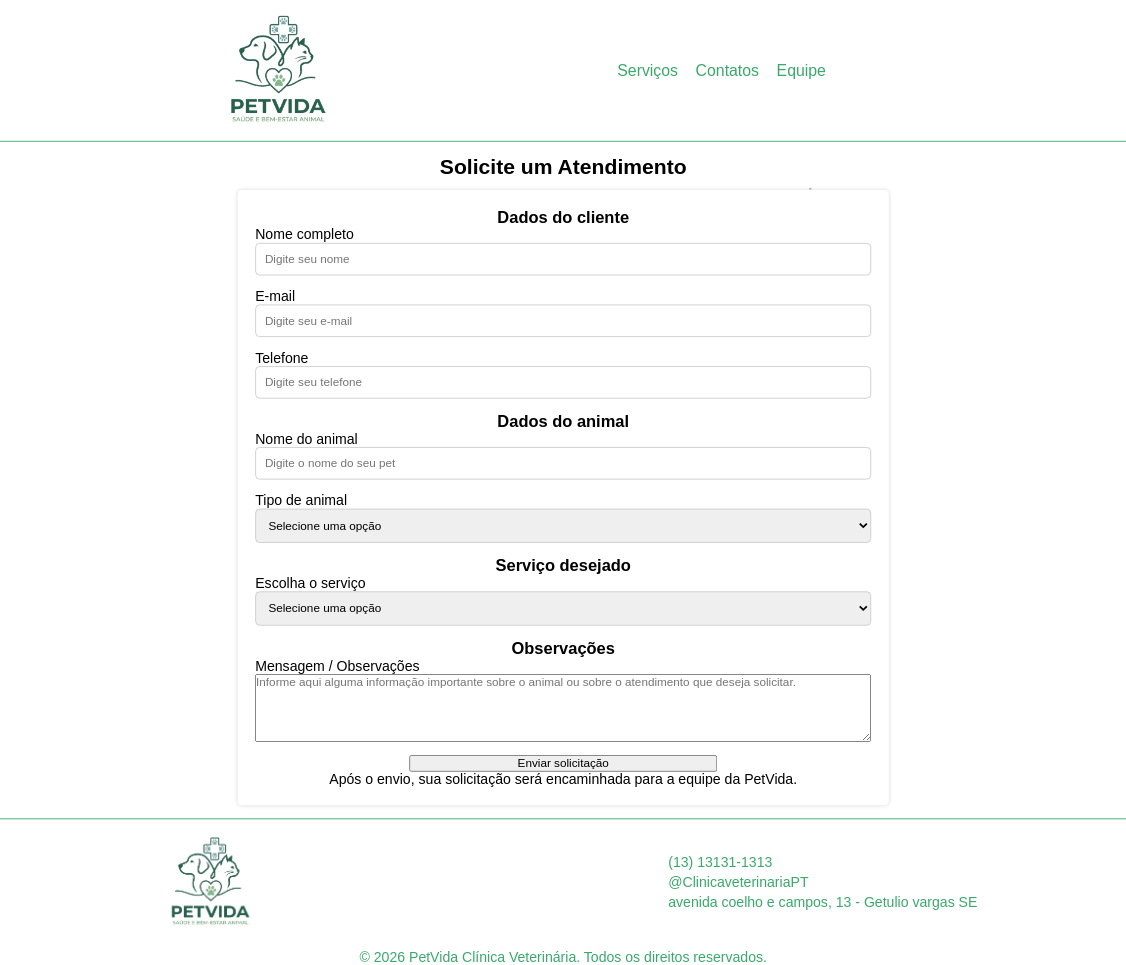
Repository: antonymsantana-design/Veterinario
Page: contatos.html
These files come from the project's save history. The page is drawn as it stood at one moment and after a run of saves; the edit follows.
The browser window is 1280 px wide. The pictures show the whole page, at 88% of full size.

Above is the page before, as saved 2026-10-03 19:13:04.

After the next 3 saves:
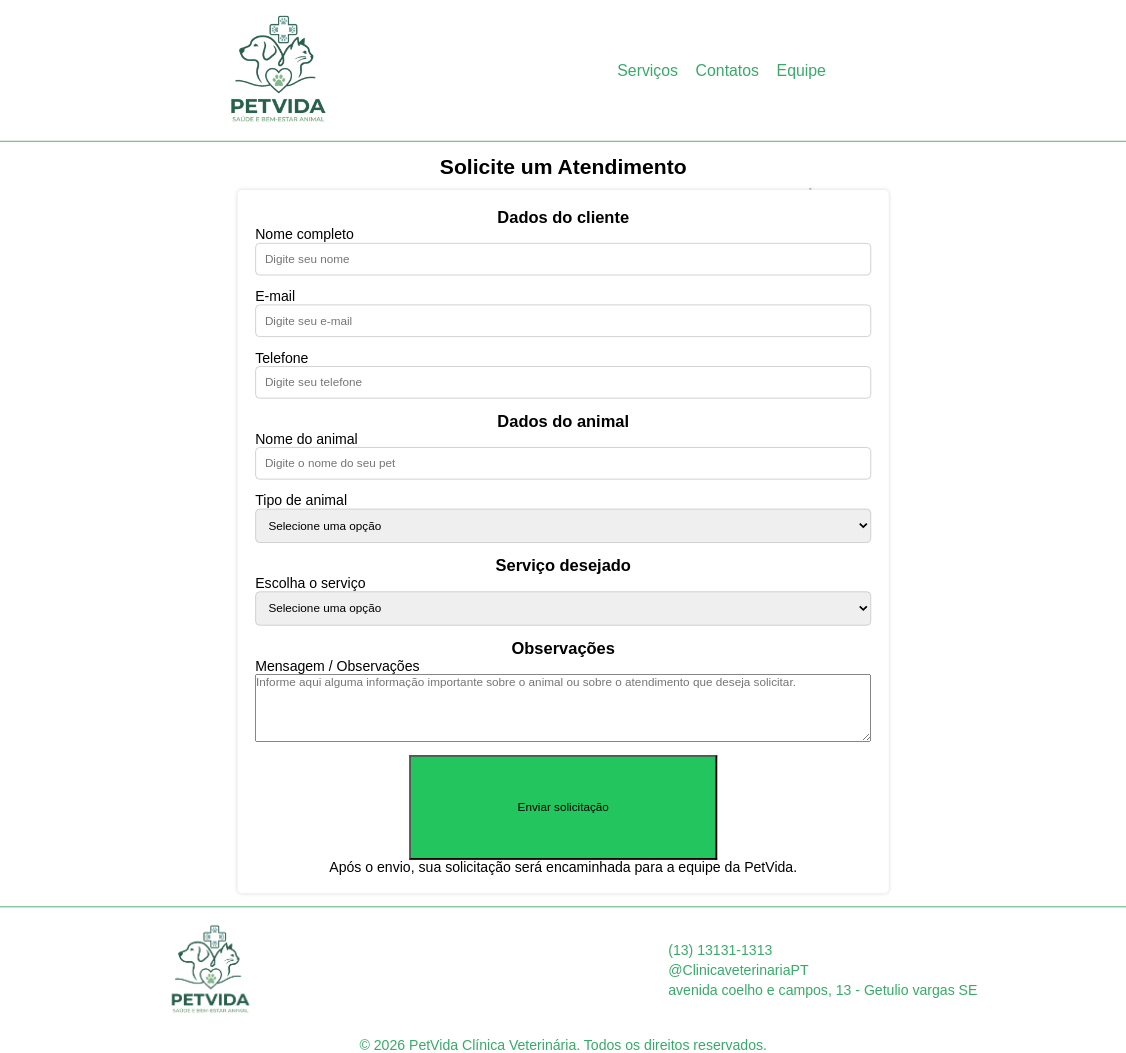
The 3 saves are shown as one change because they came seconds apart.
The last was saved 8 s later.
--- a/style.css
+++ b/style.css
@@ -366,7 +366,8 @@ input, select{
 }
 
 .buto{
-    padding 50px;
+    padding: 50px;
+    background-color: #22c55e;
     width: 50%;
 }
 
